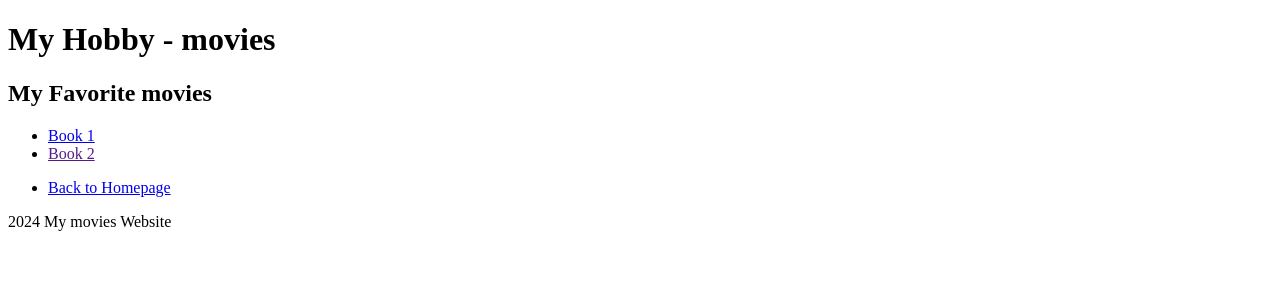
Repository: DaryaSarycheva/Hobbies
Page: pages/movies.html
The author's editor kept a copy of each file at every save. The page is drawn from the files as they stood at one save, then again after the next save.
The browser window is 1280 px wide. The pictures show the whole page.

Above is the page before, as saved 2024-05-09 08:06:55.

### pages/movies.html
<!DOCTYPE html>
<html lang="en">
<head>
    <meta charset="UTF-8">
    <meta name="viewport" content="width=device-width, initial-scale=1.0">
    <title>Movies</title>
</head>
<body>
    <header>
        <h1>My Hobby - movies</h1>
    </header>
    <main>
        <h2>My Favorite movies</h2>
        <ul>
            <li><a href="./">Book 1</a></li>
            <li><a href="">Book 2</a></li>
        </ul>
    </main>
    <ul>
        <li><a href="../myHobbies.html">Back to Homepage</a></li>
    </ul>
    <footer>
        <p> 2024 My movies Website</p>
    </footer>
</body>
</html>

After the next save:
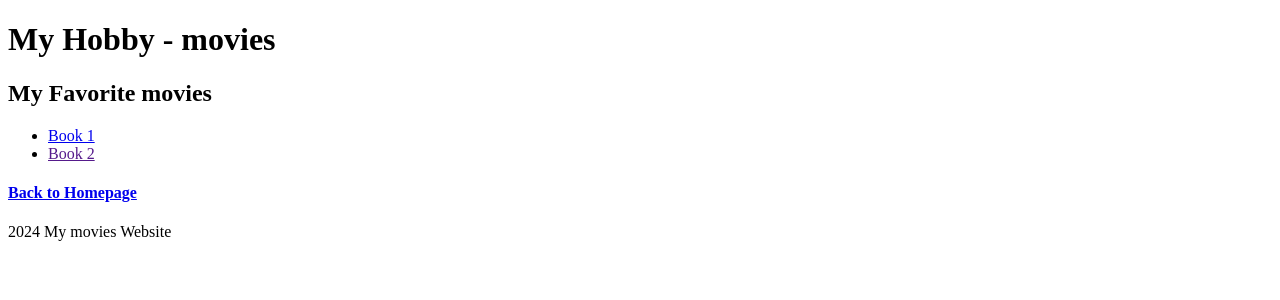
Saved 37 s later.
--- a/pages/movies.html
+++ b/pages/movies.html
@@ -16,9 +16,7 @@
             <li><a href="">Book 2</a></li>
         </ul>
     </main>
-    <ul>
-        <li><a href="../myHobbies.html">Back to Homepage</a></li>
-    </ul>
+    <h4><a href="../myHobbies.html">Back to Homepage</a></h4>
     <footer>
         <p> 2024 My movies Website</p>
     </footer>
